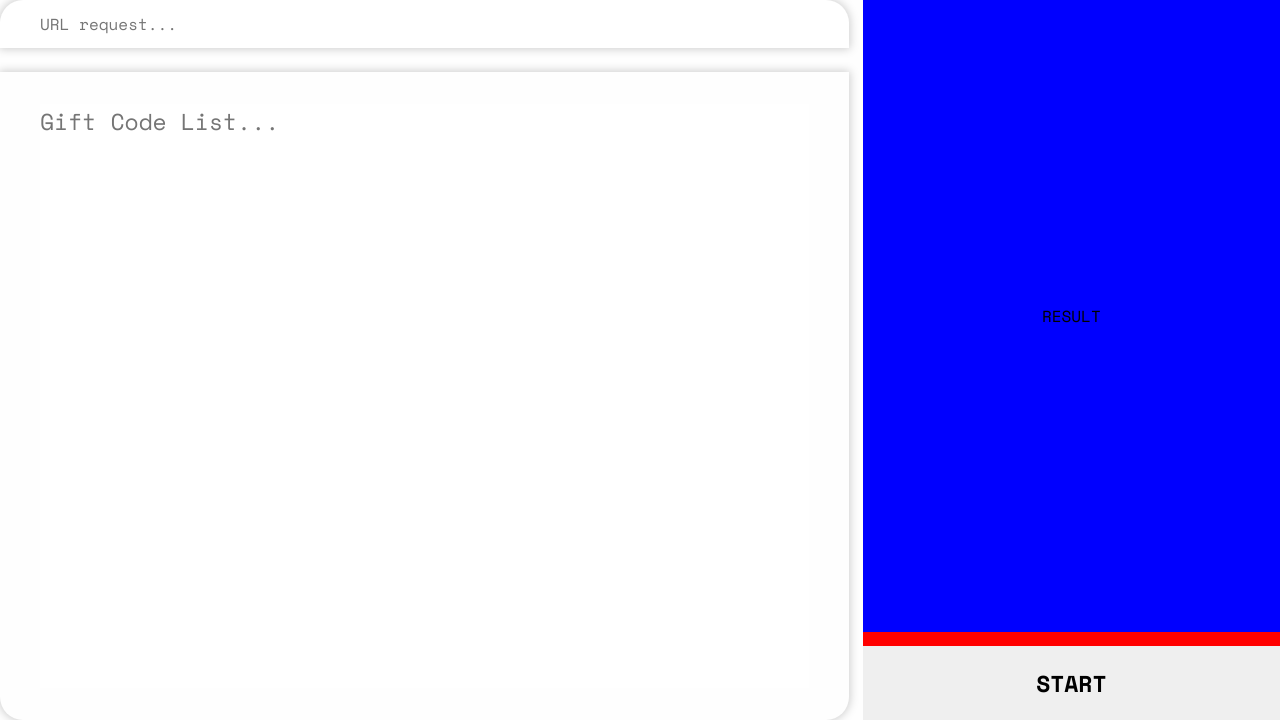
Repository: 777hanh777hanh/test
Page: index.html
An editor plug-in stored every save of this project. The page is shown before and after the next save, followed by the edit.
The browser window is 1280 px wide. The pictures show the whole page.

Above is the page before, as saved 2023-06-30 17:32:50.

After the next save:
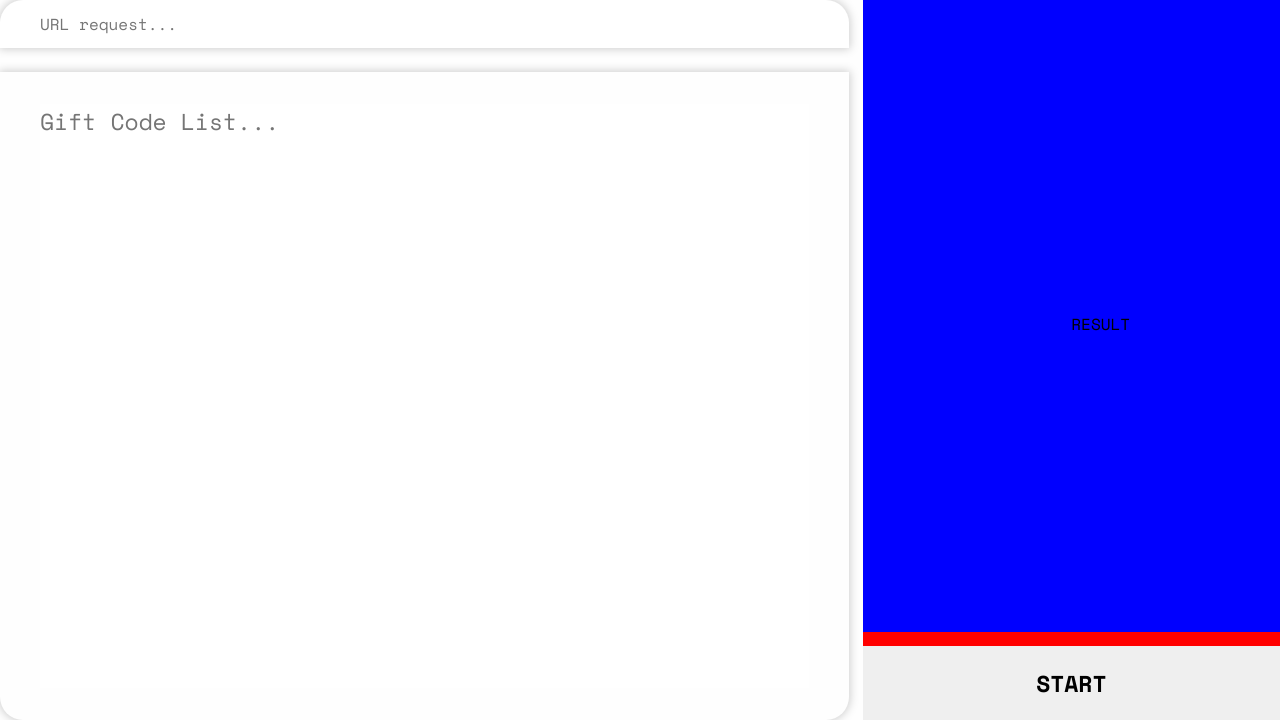
Saved 16 s later.
--- a/assets/css/style.css
+++ b/assets/css/style.css
@@ -100,7 +100,7 @@ html *::-webkit-scrollbar-track {
     left: 50%;
     content: 'Result';
     text-transform: uppercase;
-    transform: translate(-50%, -50%);
+    transform: translate(-50%, -50%) rotateX('180def');
 }
 
 .btn {
